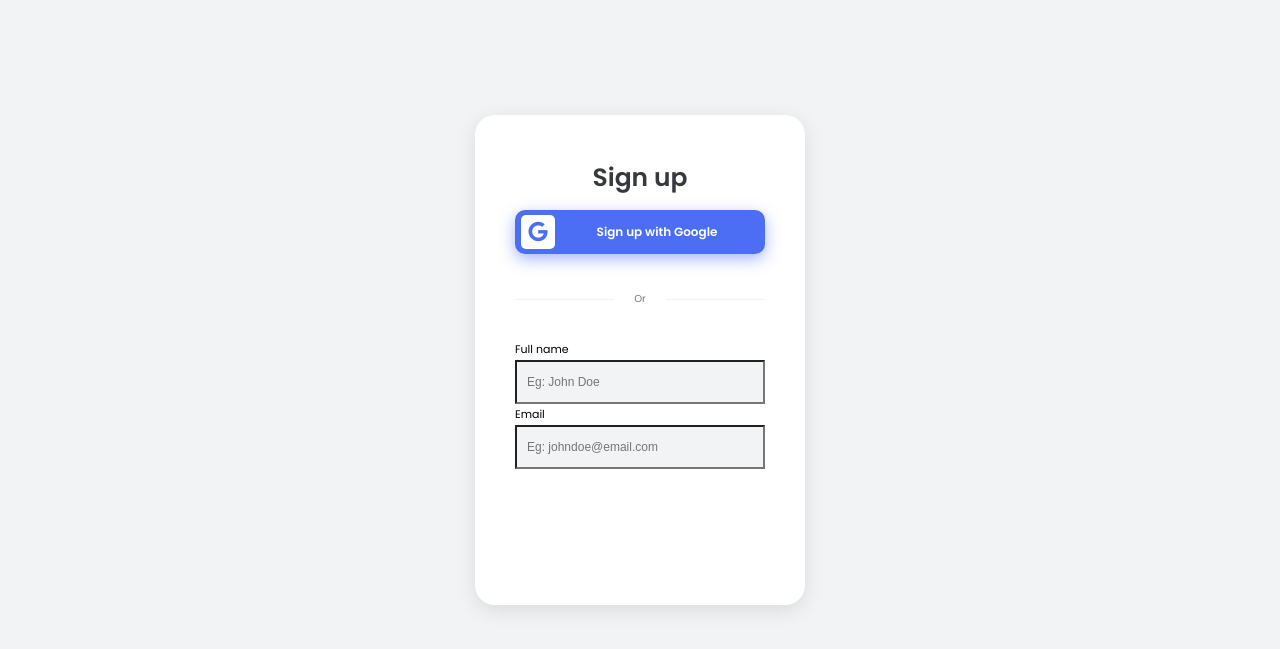
Repository: TranMinhMan040702/practice_html-css
Page: form-login/index.html
An editor plug-in stored every save of this project. The page is shown before and after the next save, followed by the edit.
The browser window is 1280 px wide. The pictures show the whole page.
Some web libraries are served in a nearby version.

Above is the page before, as saved 2022-08-24 13:34:59.

After the next save:
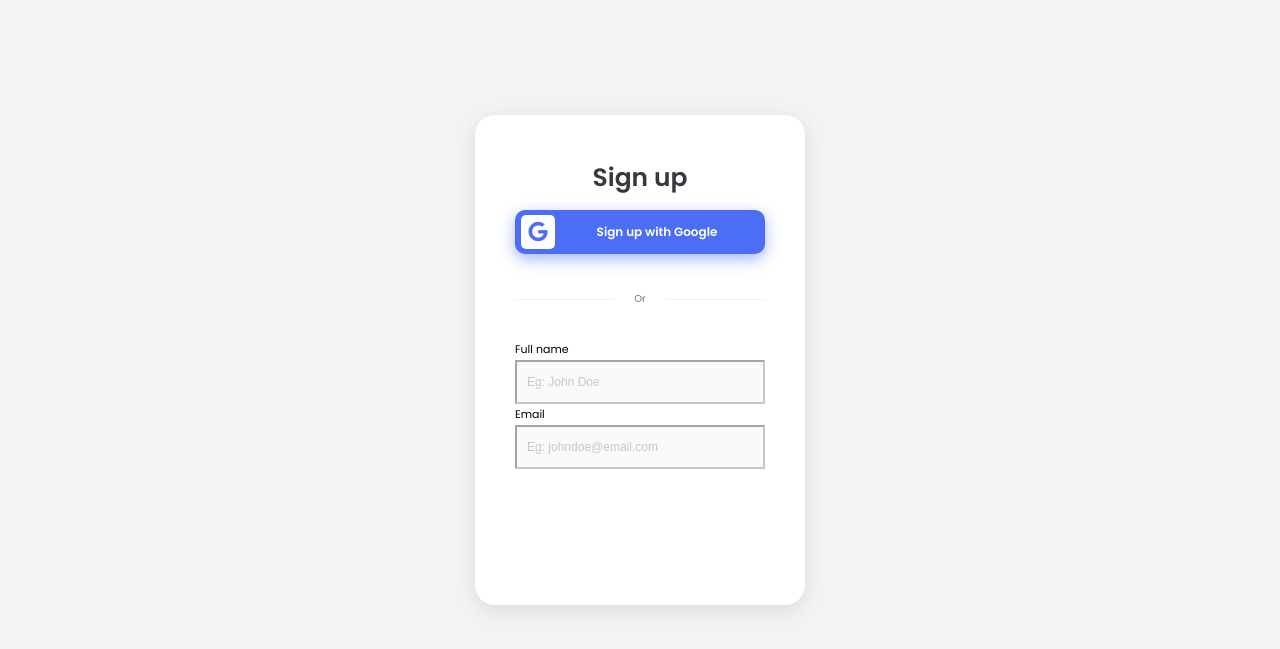
Saved 11 s later.
--- a/form-login/main.css
+++ b/form-login/main.css
@@ -110,5 +110,6 @@
     padding: 20px 10px;
     font-size: 1.2rem;
     color: #c4c9cd;
+    opacity: 0.4;
     background-color: #f2f3f5;
 }

After the save that followed:
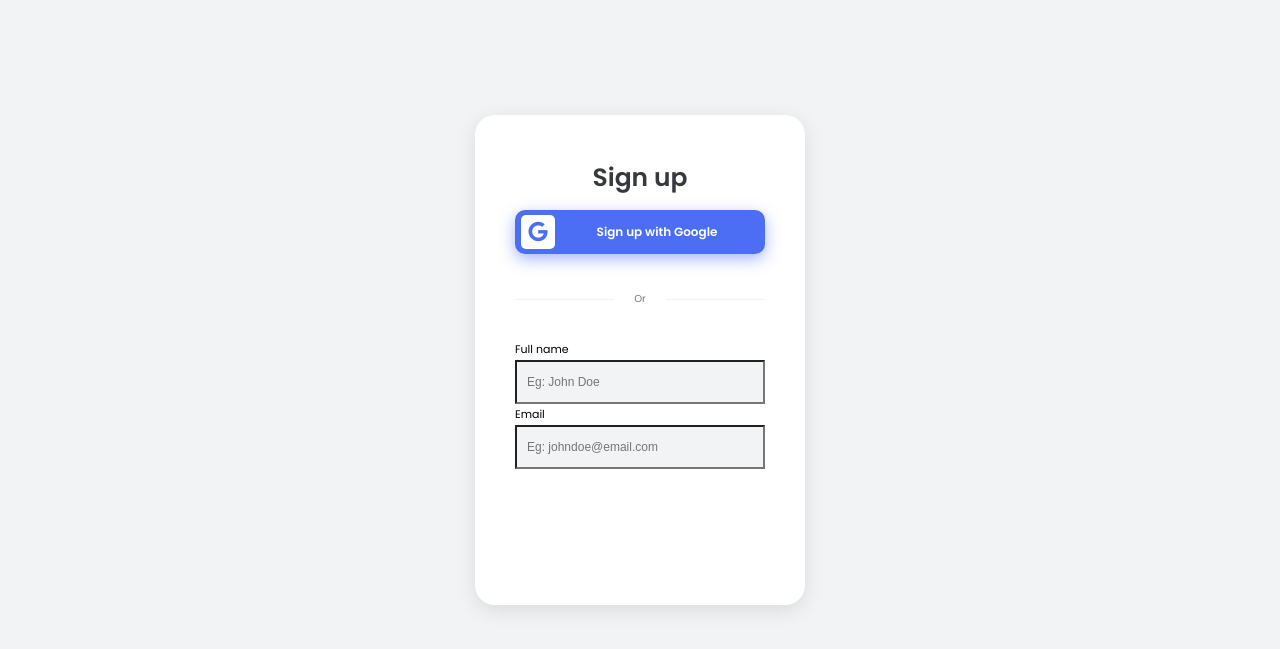
Saved 9 s later.
--- a/form-login/main.css
+++ b/form-login/main.css
@@ -110,6 +110,6 @@
     padding: 20px 10px;
     font-size: 1.2rem;
     color: #c4c9cd;
-    opacity: 0.4;
+
     background-color: #f2f3f5;
 }
